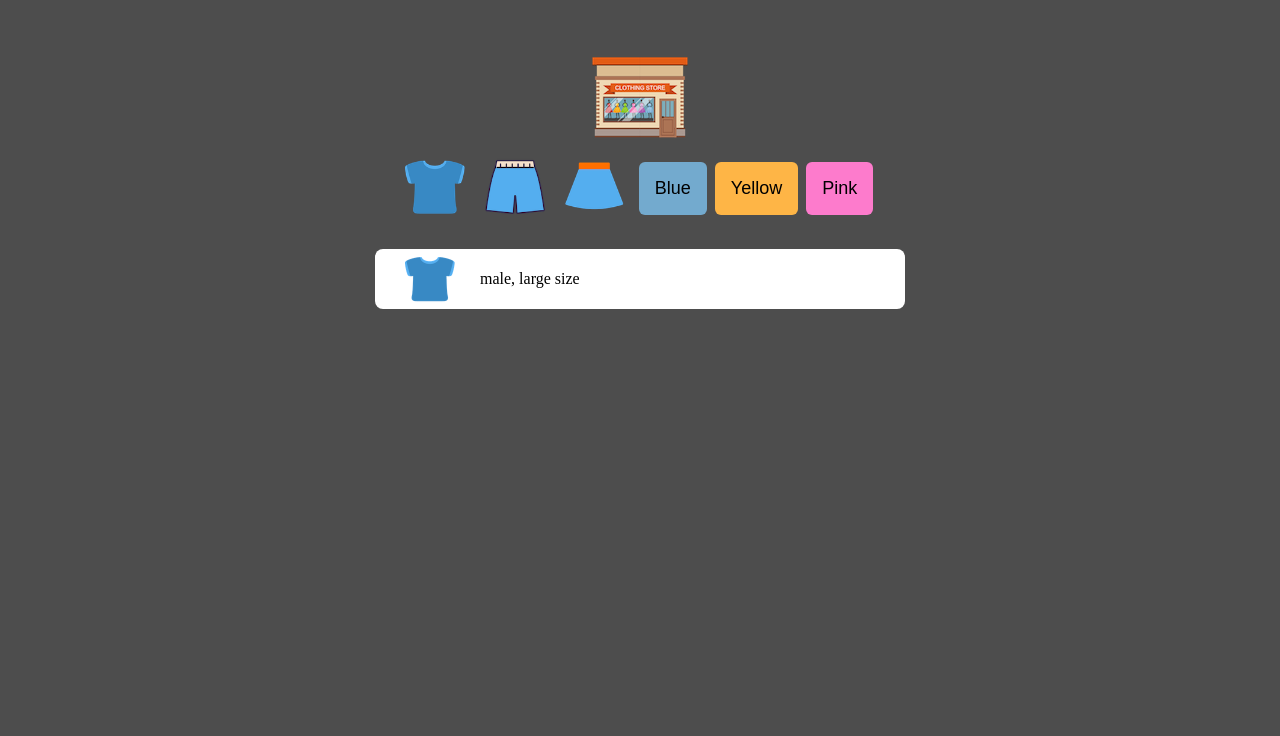
Repository: keehoonjung/Shoppingmall-Game
Page: index.html
These files come from the project's save history. The page is drawn as it stood at one moment and after the next save; the edit follows.
The browser window is 1280 px wide. The pictures show the whole page.

Above is the page before, as saved 2021-08-12 19:39:53.
Console error: TypeError: Cannot read properties of null (reading 'addEventListener')

### index.html
<!DOCTYPE html>
<html lang="en">
<head>
    <meta charset="UTF-8">
    <meta http-equiv="X-UA-Compatible" content="IE=edge">
    <meta name="viewport" content="width=device-width, initial-scale=1.0">
    <title>Shoppingamll Game</title>
    <link rel="stylesheet" href="style.css">
    <script src="main.js" defer></script>
</head>
<body>
    <header class="header">
        <img src="./imgs/logo.png" alt="header" class="header__logo">
    </header>
    <section class="buttons">
        <button class="button imgBtn">
            <img src="./imgs/blue_t.png" alt="shirt" class="button__img">
        </button>
        <button class="button imgBtn">
            <img src="./imgs/blue_p.png" alt="pants" class="button__img">
        </button>
        <button class="button imgBtn">
            <img src="./imgs/blue_s.png" alt="" class="button__img">
        </button>
        <button class="button colorBtn blue">
            Blue
        </button>
        <button class="button colorBtn yellow">
            Yellow
        </button>
        <button class="button colorBtn pink">
            Pink
        </button>
    </section>
    <ul class="items">
        <li class="item" data-type="shirt" data-color="blue">
            <img src="./imgs/blue_t.png" alt="blueshirt" class="item__thumbnail">
            <span class="item__description">male, large size</span>
        </li>
    </ul>
</body>
</html>

### style.css
:root {
  /* color */
  --color-white: #ffffff;
  --color-dark-grey: #4d4d4d;
  --color-blue: #73aace;
  --color-orange: #feb546;
  --color-pink: #fd7bcc;

  /* size */
  --button-img-size: 60px;

  /* fontsize */
  --font-size: 18px;

  /* animatione */
  --animation-duration: 300ms;

  /* basic space */
  --basic-space: 8px;

  /* border */
  --border-size: 6px;
}

body {
  background-color: var(--color-dark-grey);
  display: flex;
  flex-direction: column;
  justify-content: center;
  text-align: center;
  height: 100vh;
}

.header__logo {
  cursor: pointer;
  transition: transform var(--animation-duration) ease-in;
}

.buttons {
  display: flex;
  align-items: center;
  justify-content: center;
}

.button {
  outline: none;
  border: none;
  background-color: transparent;
  margin-right: var(--basic-space);
  border-radius: var(--border-size);
  cursor: pointer;
  transition: transform var(--animation-duration) ease-in;
}

.header__logo:hover,
.button:hover {
  transform: scale(1.1);
}

.button__img {
  width: var(--button-img-size);
}

.colorBtn {
  font-size: var(--font-size);
  padding: calc(var(--basic-space) * 2);
}

.blue {
  background-color: var(--color-blue);
}

.yellow {
  background-color: var(--color-orange);
}

.pink {
  background-color: var(--color-pink);
}

.items {
  padding: 0;
  overflow-y: auto;
  height: 60%;
}

.item {
  background-color: white;
  margin-bottom: 12px;
  width: 500px;
  height: 60px;
  margin: 12px auto;
  border-radius: 8px;
  display: flex;
  align-items: center;
  padding-left: 30px;
}

.item.visible {
  display: flex;
}

.item img {
  height: 50px;
}

.item span {
  margin-left: 25px;
}

### main.js
"use strict";

const navi = document.querySelector(".filter");
const itemList = document.querySelector(".items");
const allItem = Array.from(document.querySelectorAll(".item"));
const headerLogo = document.querySelector(".header__logo");

headerLogo.addEventListener("click", () => {
  createAll();
});

navi.addEventListener("click", (evnet) => {
  const tag = event.target.tagName;
  const targetName = event.target.classList.value;
  if (tag == "IMG") {
    const items = allItem.filter((item) => item.dataset.type == targetName);
    deleteAll();
    items.forEach((item) => {
      item.classList.add("visible");
    });
  } else if (tag == "BUTTON") {
    const items = allItem.filter((item) => item.dataset.color == targetName);
    deleteAll();
    items.forEach((item) => {
      item.classList.add("visible");
    });
  }
});

function deleteAll() {
  allItem.forEach((item) => {
    item.classList.remove("visible");
  });
}

function createAll() {
  allItem.forEach((item) => {
    item.classList.add("visible");
  });
}

After the next save:
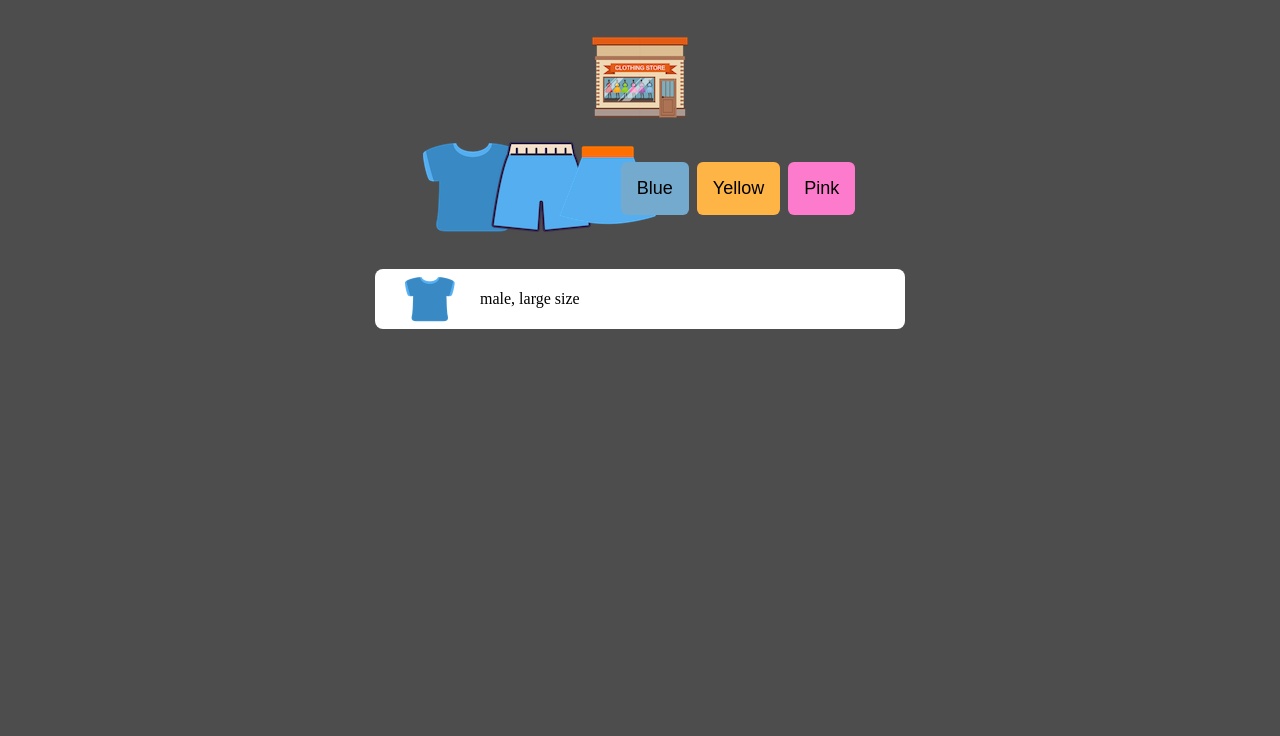
Saved 10 s later.
--- a/style.css
+++ b/style.css
@@ -57,7 +57,7 @@ body {
   transform: scale(1.1);
 }
 
-.button__img {
+.imgBtn {
   width: var(--button-img-size);
 }
 
